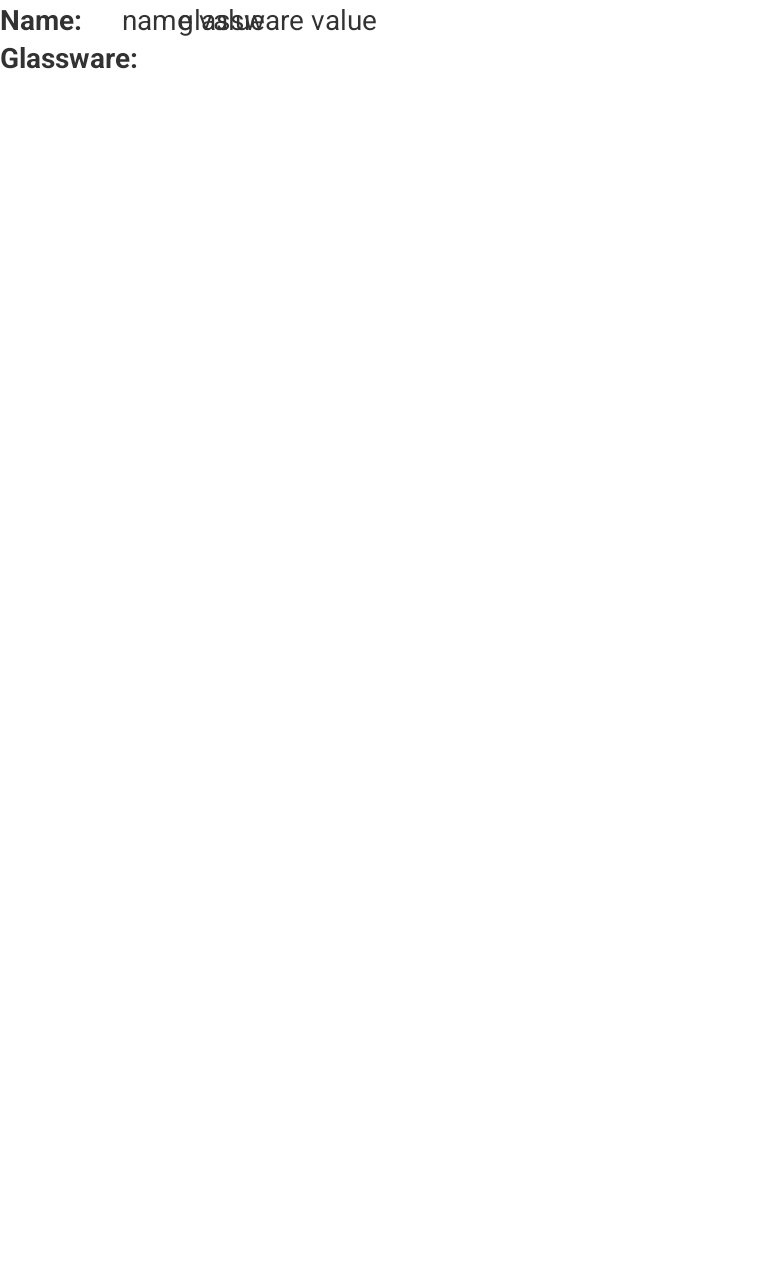
Repository: cubsk/Drinky
Layout: workspace/Drinky/res/layout/activity_recipe_view.xml
These files come from the project's save history. The layout is drawn as it stood at one moment and after the next save; the edit follows.
It is drawn on a 768 x 1280 px phone screen (xhdpi) without system bars, with theme AppTheme; the app's code is not run.

Above is the layout before, as saved 2013-07-15 19:43:22.

### workspace/Drinky/res/layout/activity_recipe_view.xml
<RelativeLayout xmlns:android="http://schemas.android.com/apk/res/android"
    android:layout_width="fill_parent"
    android:layout_height="fill_parent"
    android:layout_margin="10dp"
    >


    	<TextView
        android:id="@+id/nameLabel"
        android:layout_width="wrap_content"
        android:layout_height="wrap_content"
        android:text="@string/recipe_view_name_label"
        android:paddingRight="20dp"
        android:textStyle="bold"
        />

        <TextView
        android:id="@+id/nameValue"
        android:layout_toRightOf="@id/nameLabel"
        android:layout_width="wrap_content"
        android:layout_height="wrap_content"
        android:text="name value"
         />

        <TextView
        android:id="@+id/glasswareLabel"
        android:layout_below="@id/nameValue"
        android:layout_width="wrap_content"
        android:layout_height="wrap_content"
        android:text="@string/recipe_view_glassware_label"
        android:paddingRight="20dp"
        android:textStyle="bold"
        />

        <TextView
        android:id="@+id/glasswareValue"
        android:layout_toRightOf="@id/glasswareLabel"
        android:layout_alignParentTop="true"
        android:layout_width="wrap_content"
        android:layout_height="wrap_content"
        android:text="glassware value"
         />

</RelativeLayout>

### workspace/Drinky/res/values/strings.xml
<?xml version="1.0" encoding="utf-8"?>
<resources>

    <string name="app_name">Drinky</string>
    <string name="action_settings">Settings</string>
    <string name="hello_world">Hello world!</string>
    <string name="filter_recipes_hint">filter recipes</string>
    <string name="button_send">Send a message</string>
    <string name="title_activity_display_message">The Message</string>
    <string name="title_activity_recipe_list">Recipes</string>
    <string name="title_activity_recipe_list_favorit_icon">Recipe favorite status</string>
    <string name="recipe_filter_command_text">Filter</string>
    <string name="title_activity_recipe_view">RecipeViewActivity</string>


    <string name="recipe_view_name_label">Name:</string>
	<string name="recipe_view_glassware_label">Glassware:</string>
</resources>

Loaded but not shown: workspace/Drinky/res/values/styles.xml (common file); workspace/Drinky/res/values-v11/styles.xml (common file); workspace/Drinky/res/values-v14/styles.xml (common file)

After the next save:
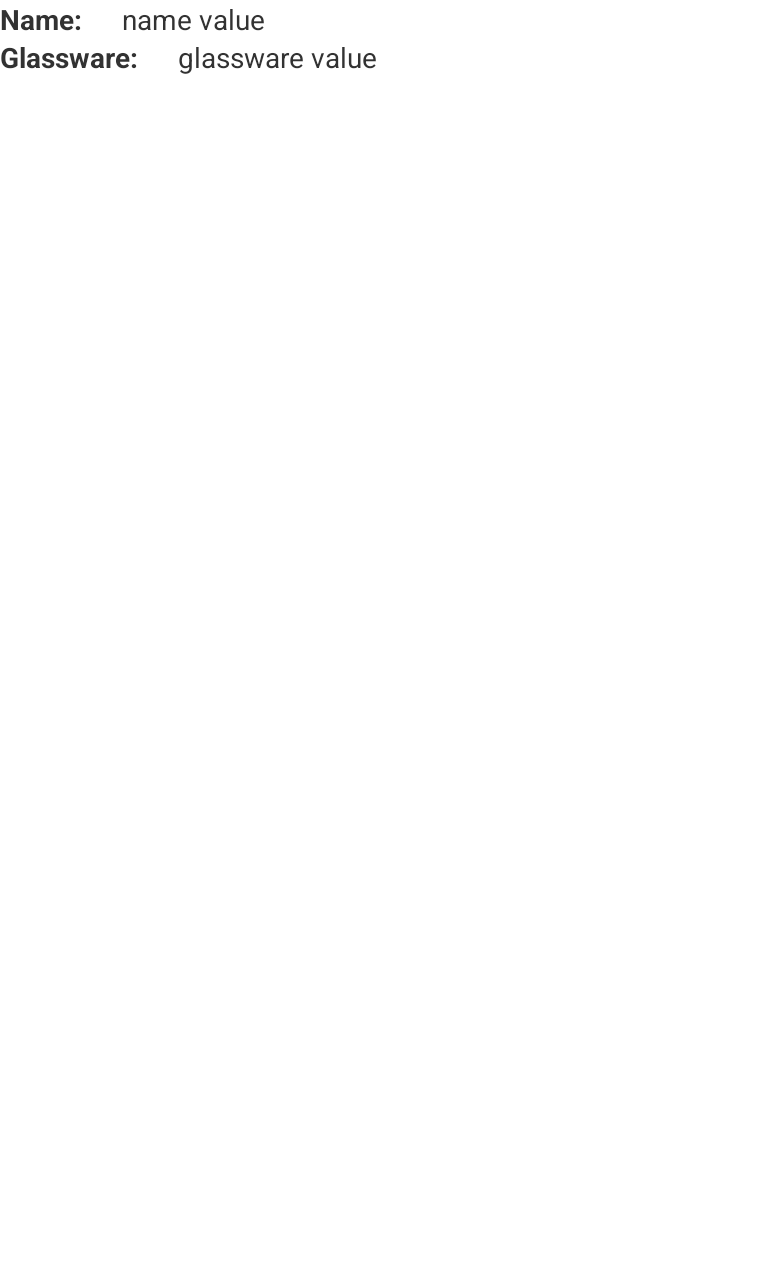
Saved 37 s later.
--- a/workspace/Drinky/res/layout/activity_recipe_view.xml
+++ b/workspace/Drinky/res/layout/activity_recipe_view.xml
@@ -35,7 +35,7 @@
         <TextView
         android:id="@+id/glasswareValue"
         android:layout_toRightOf="@id/glasswareLabel"
-        android:layout_alignParentTop="true"
+        android:layout_alignTop="@id/glasswareLabel"
         android:layout_width="wrap_content"
         android:layout_height="wrap_content"
         android:text="glassware value"
